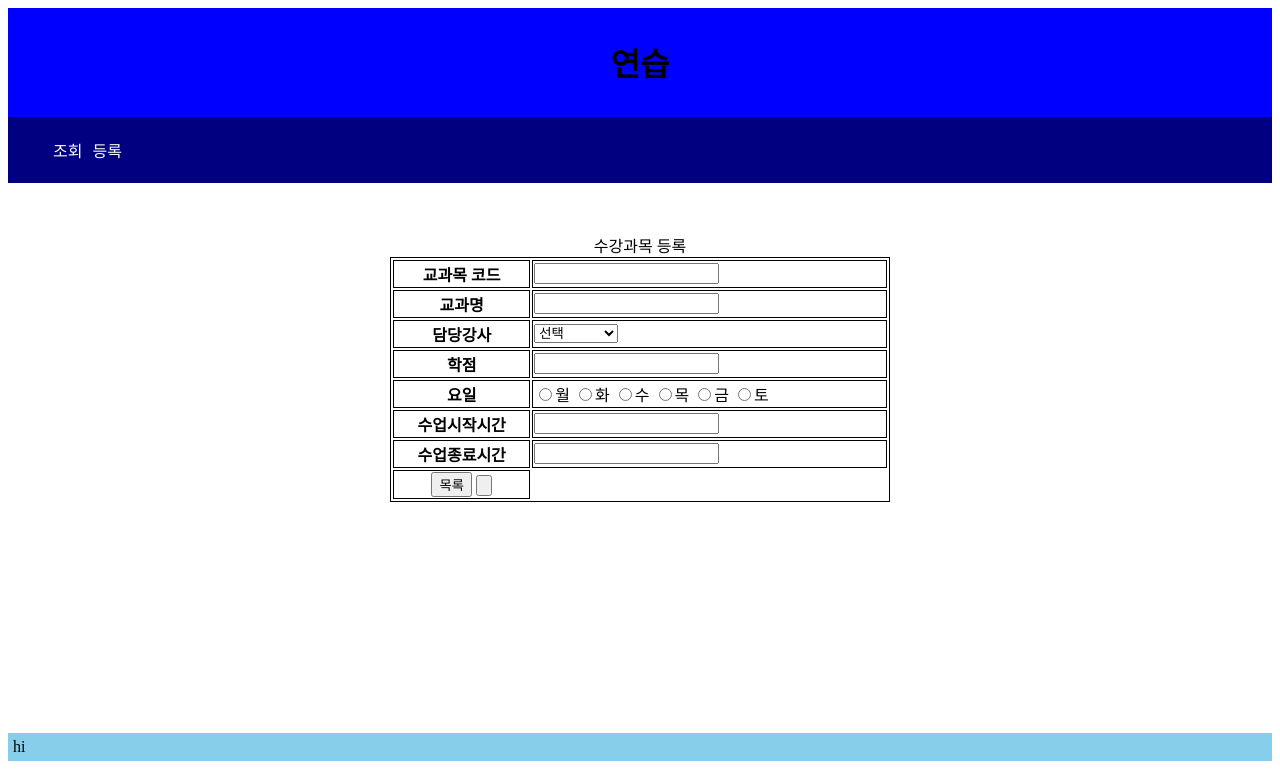
Repository: hoger96/java
Page: http://localhost/HY/reg
An editor plug-in stored every save of this project. The page is shown before and after the next save, followed by the edit.
The browser window is 1280 px wide. The pictures show the whole page.
The page is served by Tomcat 9.

Above is the page before, as saved 2023-02-02 08:52:06.

After the next save:
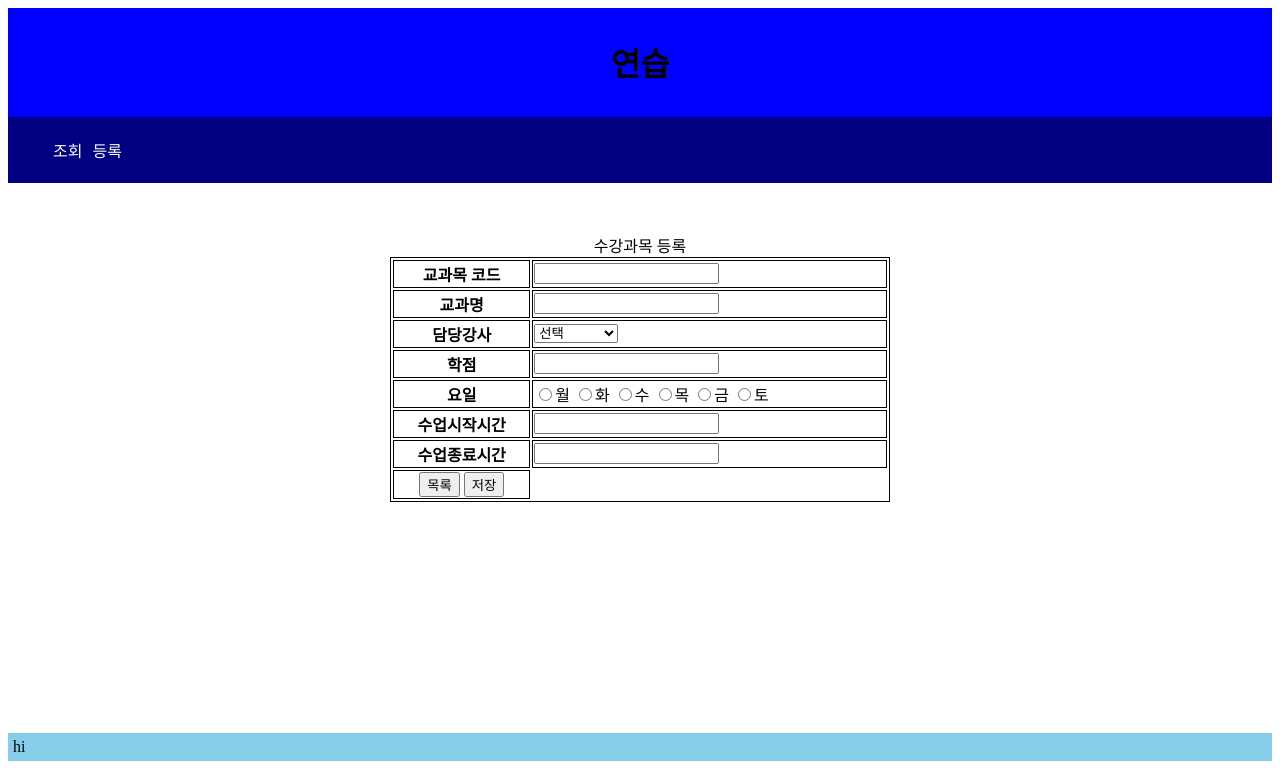
Saved 12 s later.
--- a/HY/src/main/webapp/WEB-INF/views/reg.jsp
+++ b/HY/src/main/webapp/WEB-INF/views/reg.jsp
@@ -89,7 +89,7 @@ function save(){
 			<tr>
 				<td class="main" colsphan="2">
 					<input type="button" value="목록" onclick="window.location='HY/list'">
-					<input type="button" vlaue="저장" onclick="save()">
+					<input type="button" value="저장" onclick="save()">
 				</td>
 			</tr>
 		</table>
